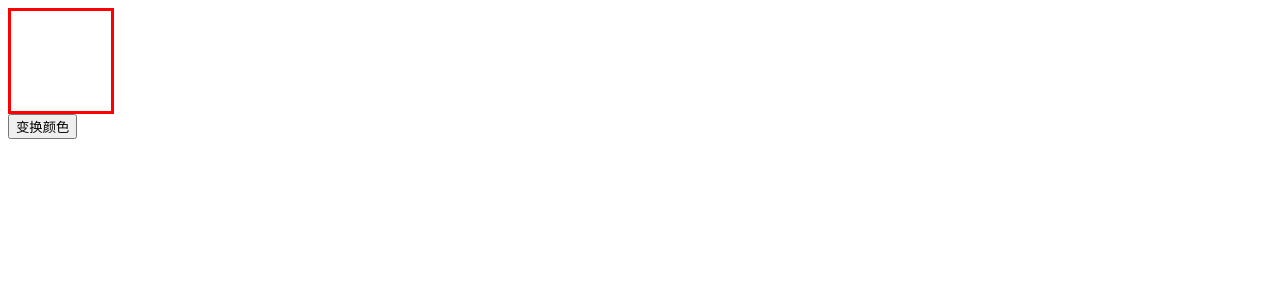
Repository: ArtemisWang/react-lifestyle
Page: /
The author's editor kept a copy of each file at every save. The page is drawn from the files as they stood at one save, then again after the next save.
The browser window is 1280 px wide. The pictures show the whole page.
The project was rebuilt for these pictures with package versions that can differ from the ones it lists, and the page was loaded fresh each time.

Above is the page before, as saved 2020-04-01 23:08:44.

### src/App.js
import React, { Component } from 'react';
import AppChild from './AppChild'
class App extends Component {
    constructor(props) {
        super(props);
        this.state = {
            color:"black",
        }
        this.handleColor=this.handleColor.bind(this)
    }
    render() {

        return (
            <div>
                <AppChild color={this.state.color}/>
                <button onClick={this.handleColor}>变换颜色</button>
            </div>
         );
    }
    handleColor(){
        this.setState({
            color:this.state.color==="black"?"red":"black",
        })
        console.log(this.state.color)
    }
}

export default App;

### src/AppChild.js
import React, { Component } from 'react';

class AppChild extends Component {
    constructor(props) {
        super(props);
        this.state = {
            color:"white",
            prevColor:""
         }
    }
    static getDerivedStateFromProps(nextProps,prevState){
        console.log('nextProps:',nextProps,prevState)
        // if(nextProps.color==="black"&&prevState.prevColor!=="green"){
        //     return {
        //         color:"green",
        //         prevColor:"green"
        //     }
        // }
        // if(nextProps.color==="red"&&prevState.prevColor!=="pink"){
        //     return {
        //         color:"pink",
        //         prevColor:"pink"
        //     }
        // }
        return null
    }
    render() {
        console.log('子组件又渲染啦')
        return ( <div>
            <div style={{height:'100px',width:'100px',border:'solid red 3px',background:this.state.color}}></div>
        </div> );
    }
}

export default AppChild;

Loaded but not shown: public/index.html (common file); src/index.js (common file)

After the next save:
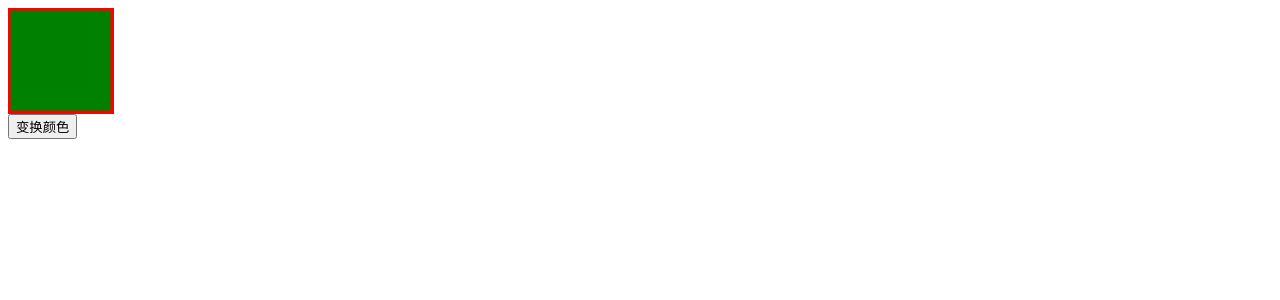
Saved 22 s later.
--- a/src/AppChild.js
+++ b/src/AppChild.js
@@ -10,18 +10,18 @@
     }
     static getDerivedStateFromProps(nextProps,prevState){
         console.log('nextProps:',nextProps,prevState)
-        // if(nextProps.color==="black"&&prevState.prevColor!=="green"){
-        //     return {
-        //         color:"green",
-        //         prevColor:"green"
-        //     }
-        // }
-        // if(nextProps.color==="red"&&prevState.prevColor!=="pink"){
-        //     return {
-        //         color:"pink",
-        //         prevColor:"pink"
-        //     }
-        // }
+        if(nextProps.color==="black"&&prevState.prevColor!=="green"){
+            return {
+                color:"green",
+                prevColor:"green"
+            }
+        }
+        if(nextProps.color==="red"&&prevState.prevColor!=="pink"){
+            return {
+                color:"pink",
+                prevColor:"pink"
+            }
+        }
         return null
     }
     render() {

After the save that followed:
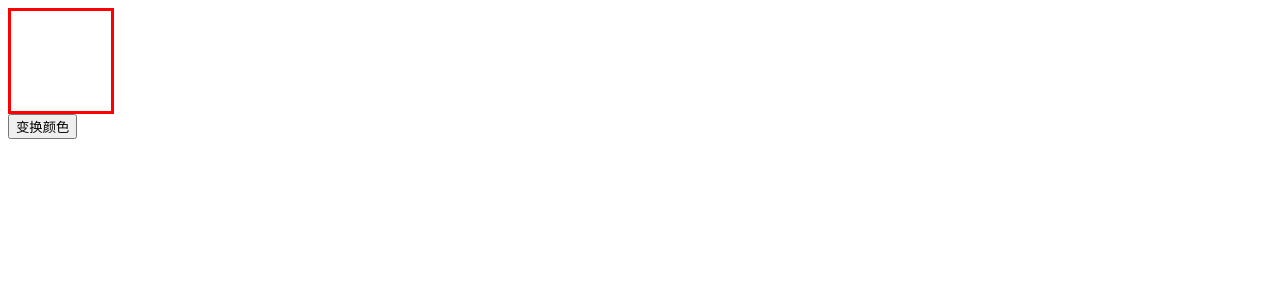
Saved 3 min 57 s later.
--- a/src/AppChild.js
+++ b/src/AppChild.js
@@ -9,19 +9,19 @@
          }
     }
     static getDerivedStateFromProps(nextProps,prevState){
-        console.log('nextProps:',nextProps,prevState)
-        if(nextProps.color==="black"&&prevState.prevColor!=="green"){
-            return {
-                color:"green",
-                prevColor:"green"
-            }
-        }
-        if(nextProps.color==="red"&&prevState.prevColor!=="pink"){
-            return {
-                color:"pink",
-                prevColor:"pink"
-            }
-        }
+        // console.log('nextProps:',nextProps,prevState)
+        // if(nextProps.color==="black"&&prevState.prevColor!=="green"){
+        //     return {
+        //         color:"green",
+        //         prevColor:"green"
+        //     }
+        // }
+        // if(nextProps.color==="red"&&prevState.prevColor!=="pink"){
+        //     return {
+        //         color:"pink",
+        //         prevColor:"pink"
+        //     }
+        // }
         return null
     }
     render() {
